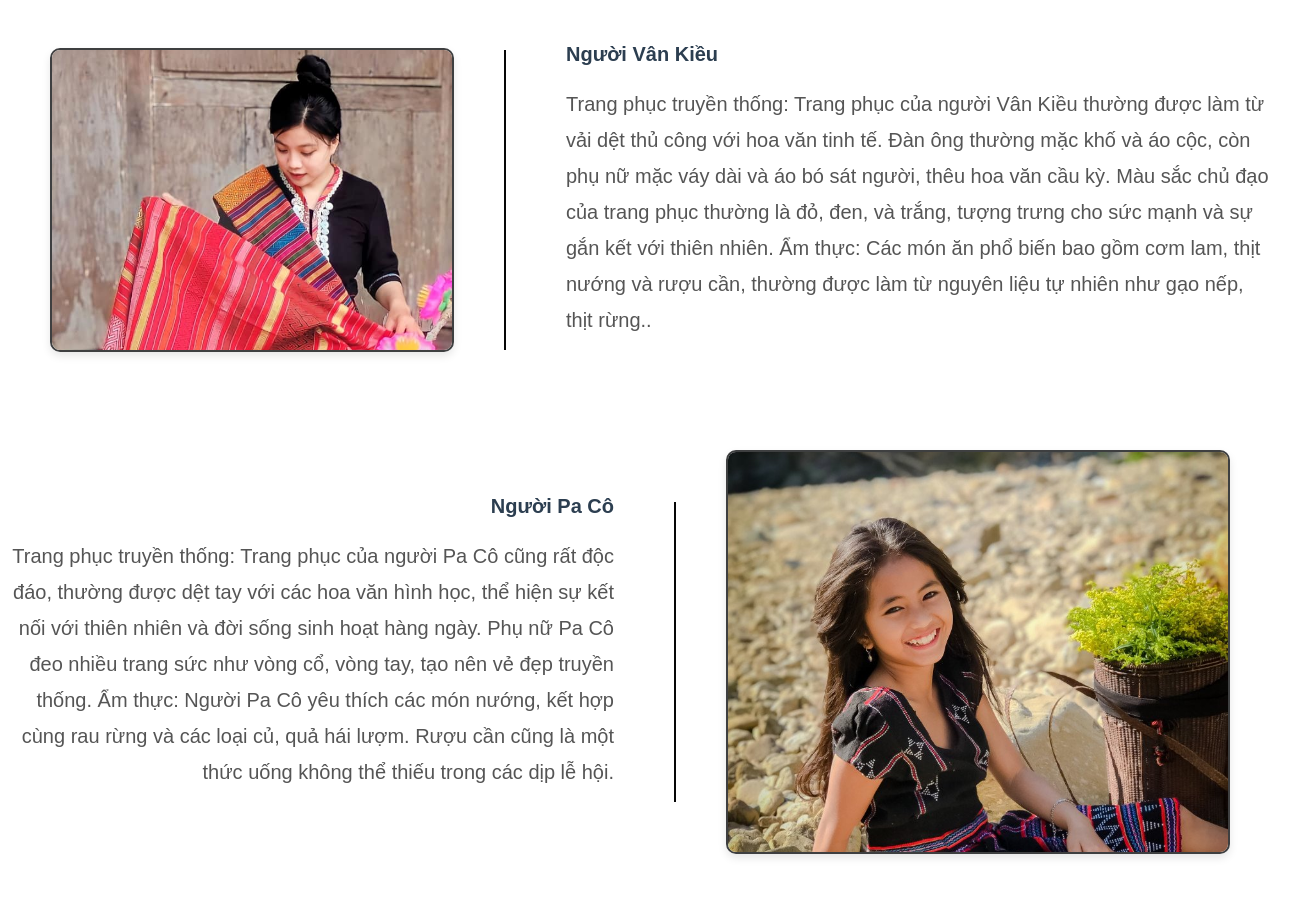
Repository: DangVai/LocalProduct
Page: Views/frontend/test.html
The author's editor kept a copy of each file at every save. The page is drawn from the files as they stood at one save, then again after a run of saves.
The browser window is 1280 px wide. The page is 1300 px wide, so the pictures cover 1300 px, including what lies to the right of the window. The pictures show the part of the page from y = 1481 to 2405 px (the page is 2405 px tall).

Above is the page before, as saved 2024-12-19 11:07:08.

After the next 6 saves:
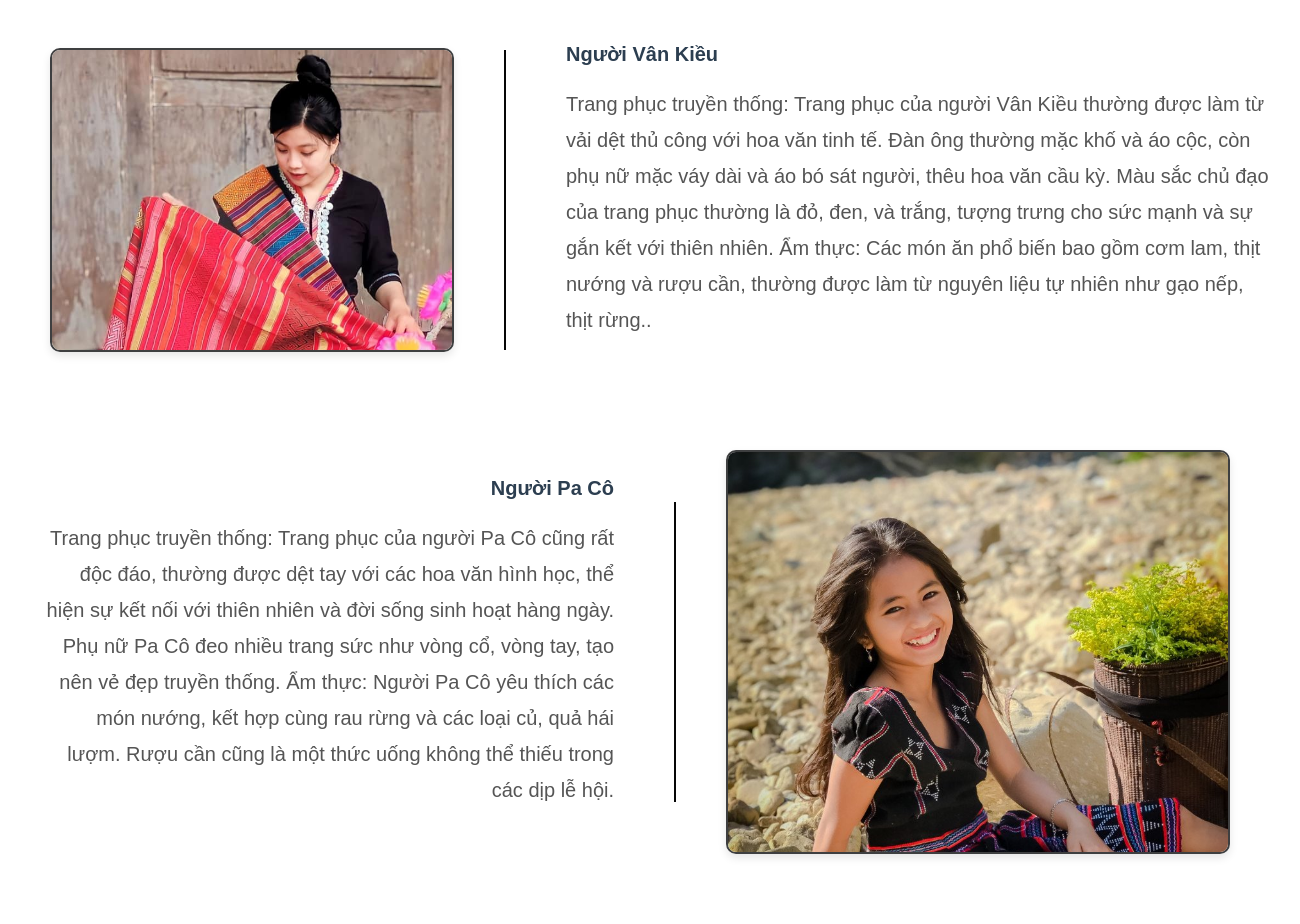
The 6 saves are shown as one change because they came seconds apart.
The last was saved 16 s later.
--- a/Views/frontend/test.html
+++ b/Views/frontend/test.html
@@ -354,7 +354,7 @@
             flex: 1;
             padding: 0 10px;
             text-align: right;
-            margin-
+            margin-left: 30px
         }
 
         .vk-text h3,
